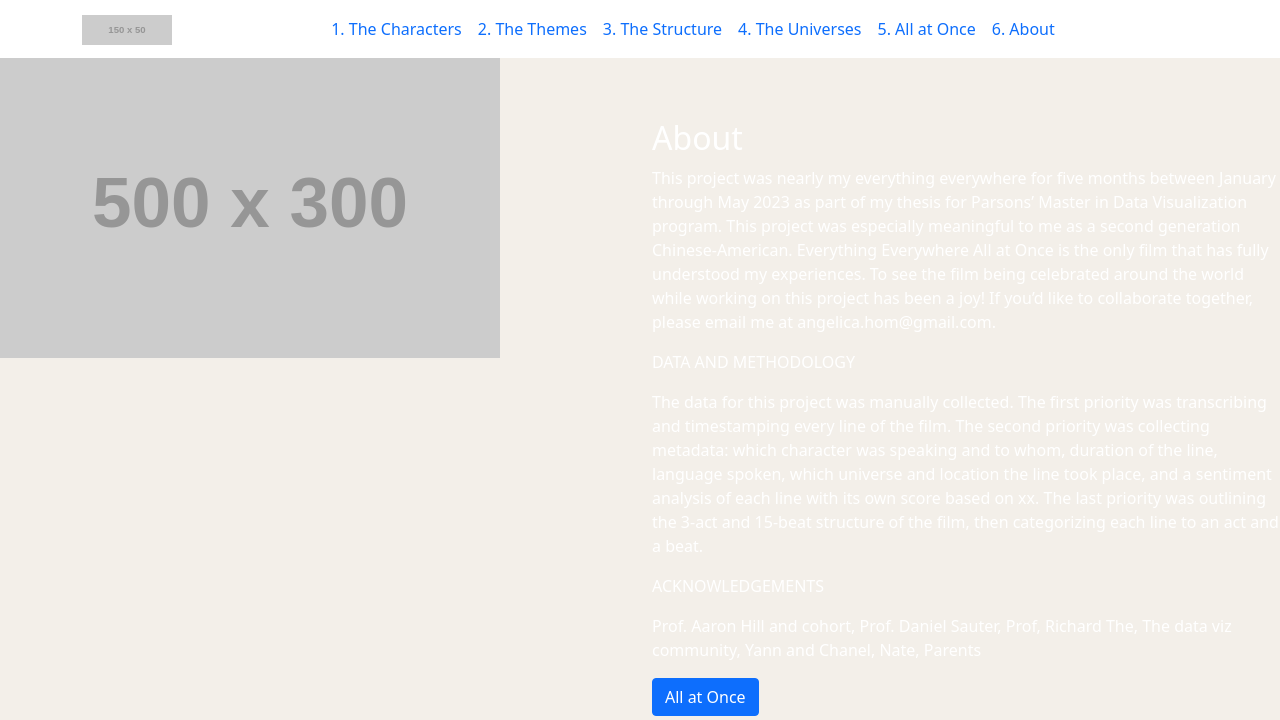
Repository: angelica-hom/msdv-thesis
Page: about.html
The author's editor kept a record of every edit. The page is drawn from the files as they stood at one moment, then again after the next edit.
The browser window is 1280 px wide. The pictures show the whole page.
An inner scrolling area shows only its first screen.

Above is the page before.

After the next edit:
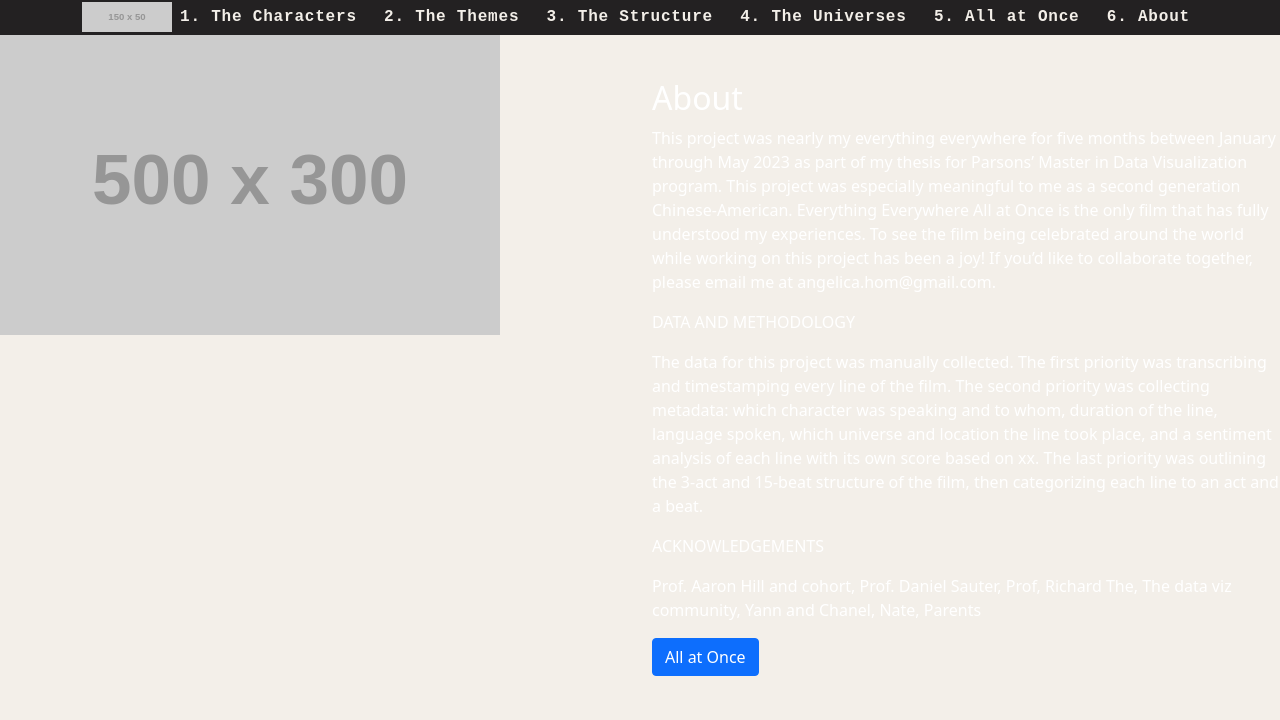
The edit:
--- a/about.css
+++ b/about.css
@@ -1,11 +1,45 @@
+@import url('https://fonts.googleapis.com/css2?family=Roboto+Flex:wght@100;200;300;400;500;600;700;800;900;1000&display=swap');
+
 body, html {
     margin: 0;
     height: 100%;
     overflow-x: hidden;
 }
 
+.navbar-custom {
+    margin-bottom: 0;
+    height: 35px;
+    align-items: center; /* Center the navbar content vertically */
+    background-color: #232122; /* New navbar background color */
+    width: 100%; /* Make the navbar container wider */
+    font-family: 'Roboto Mono', monospace; /* Specify the font family */
+    font-weight: 700;
+}
+
+.navbar-custom .navbar-brand,
+.navbar-custom .nav-link {
+    color: #F3EFE9;
+    padding: 0;
+    line-height: 35px;
+    font-size: 16px;
+    letter-spacing: 0.05em;
+    font-family: 'Roboto Mono', monospace;
+    margin: 0; /* Add a margin to create more space between nav items */
+}
+
+.navbar-custom .navbar-nav {
+    flex-grow: 1;
+    display: flex;
+    justify-content: space-between; /* Spread out the nav items */
+}
+
+.navbar-custom .nav-link:hover {
+    color: #232122;
+    background-color: #F3EFE9; /* New background color on hover */
+}
+
 .container-fluid {
-    height: 100%;
+    height: calc(100% - 35px); /* Subtract navbar height */
     padding: 0;
 }
 
